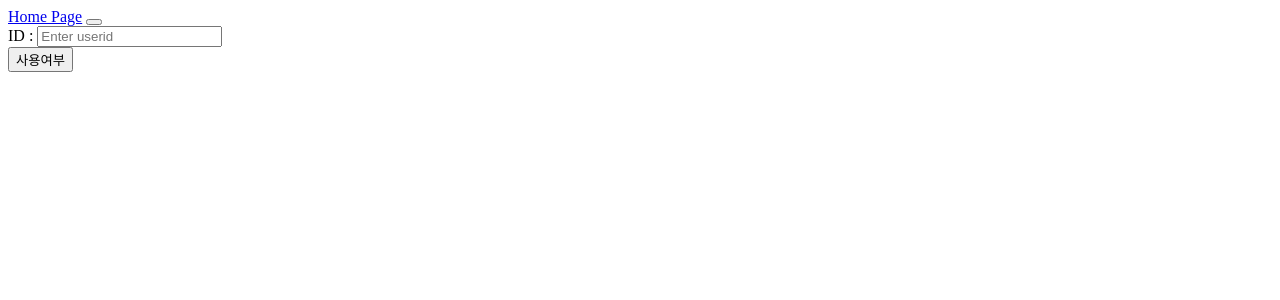
Repository: yerori/Eclipse
Page: http://localhost/project/member/idCheck.me
An editor plug-in stored every save of this project. The page is shown before and after a run of saves, followed by the edit.
The browser window is 1280 px wide. The pictures show the whole page.
The page is served by Tomcat 9.

Above is the page before, as saved 2020-07-30 06:36:29.

After the next 2 saves:
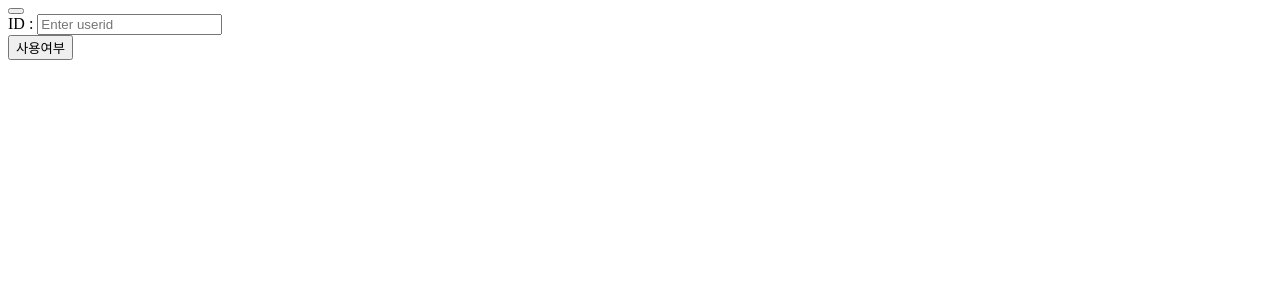
The 2 saves are shown as one change because they came seconds apart.
The last was saved 12 s later.
--- a/project/WebContent/member/idCheck.jsp
+++ b/project/WebContent/member/idCheck.jsp
@@ -6,8 +6,6 @@
 
 
 
-<nav class="navbar navbar-expand-md bg-dark navbar-dark">
-  <a class="navbar-brand" href="#">Home Page</a>
   <button class="navbar-toggler" type="button" data-toggle="collapse" data-target="#collapsibleNavbar">
     <span class="navbar-toggler-icon"></span>
   </button>
@@ -22,6 +20,6 @@
   	</div>
   	</div>
 
-</nav>
+
 
   </div>
